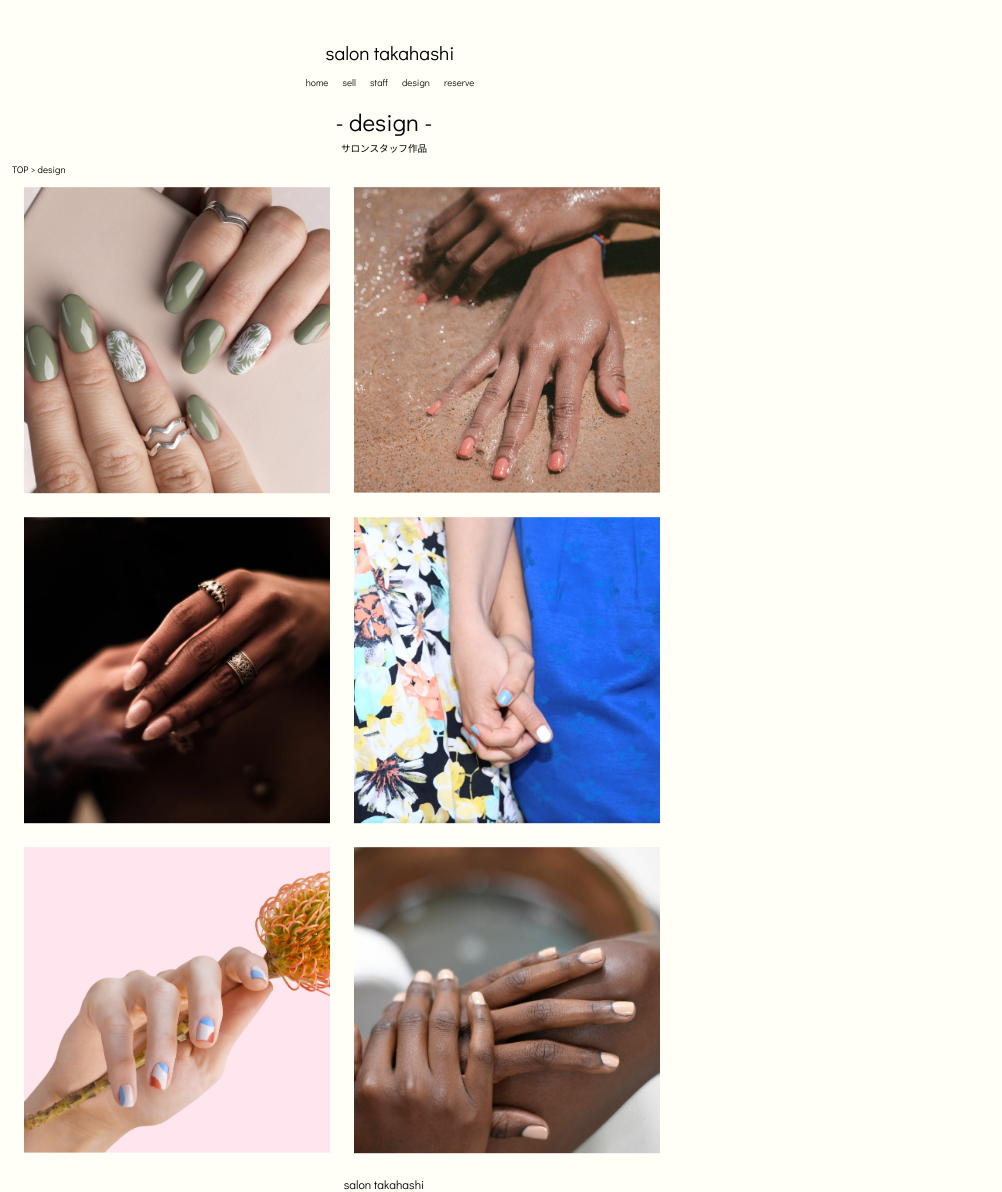
Repository: yukitakahashi1002/salontakahashi-
Page: design.html
The author's editor kept a copy of each file at every save. The page is drawn from the files as they stood at one save, then again after the next save.
The browser window is 1280 px wide. The page is 1280 px wide, then 1670 px, so the pictures cover 1670 px, including what lies to the right of the window. The pictures show the whole page, at 60% of full size.

Above is the page before, as saved 2023-08-08 01:37:50.

### design.html
<!DOCTYPE html>
<html>
<head>
    <title>Salon Takahashi - design サロンスタッフ作品 -</title>
    <meta charset="utf-8">
    <meta name="description" content="サロンタカハシのサロンスタッフ作品です">
    <meta name="viewport" content="width=device-width, initial-scale=1.0">
    <link rel="stylesheet" href='https://fonts.googleapis.com/css?family=Didact Gothic'>
    <link rel="stylesheet" href="css/normalize.css">
    <link rel="stylesheet" href="css/style.css">
</head>
<body>
    <!-- ヘッダー -->
    <header>
        <!-- サイトタイトル -->
        <h1>salon takahashi</h1>

        <!-- PC用ナビゲーション -->
        <nav id="nav-pc">
            <a href="/">home</a>
            <a href="sell.html">sell</a>
            <a href="staff.html">staff</a>
            <a href="design.html">design</a>
            <a href="reserve.html">reserve</a>
        </nav>
    </header>
    <main>
        <article>
            <!-- design -->
            <section id="design">
                <div class="section-title">
                    <h2 class="index-h2">- design -</h2>
                    <p>サロンスタッフ作品</p>
                </div>
                <div>TOP > design</div>
                <div id="design-flex">
                    <div class="cover-box">
                        <div class="image-box">
                            <img src="images/11062b_9df65b2e64bf4c59a4779a8c5343cb09~mv2.jpeg" alt="ナチュラルデザイン">
                        </div>
                        <div class="dark-cover">
                            <h3>ナチュラル</h3>
                        </div>
                    </div>
                    <div class="cover-box">
                        <div class="image-box">
                            <img src="images/11062b_0dade67ad0db4ad1a2b6c583999e92bd~mv2.jpg" alt="サマーネイルデザイン">
                        </div>
                        <div class="dark-cover">
                            <h3>サマーネイル</h3>
                        </div>
                    </div>
                    <div class="cover-box">
                        <div class="image-box">
                            <img src="images/11062b_5383a004ba374841aa02b84e27fb6b95~mv2.webp" alt="クラシックデザイン">
                        </div>
                        <div class="dark-cover">
                            <h3>クラシック</h3>
                        </div>
                    </div>
                    <div class="cover-box">
                        <div class="image-box">
                            <img src="images/2def25202e084cf0a39aa2a530291a8a.webp" alt="ポップデザイン">
                        </div>
                        <div class="dark-cover">
                            <h3>ポップ</h3>
                        </div>
                    </div>
                    <div class="cover-box">
                        <div class="image-box">
                            <img src="images/1a7f9b8037f3460ab6f1dd794ecc264a.jpg" alt="カラフルデザイン">
                        </div>
                        <div class="dark-cover">
                            <h3>カラフル</h3>
                        </div>
                    </div>
                    <div class="cover-box">
                        <div class="image-box">
                            <img src="images/11062b_bb28f763d86a4318a737d28d7846d319~mv2.jpg" alt="シンプルデザイン">
                        </div>
                        <div class="dark-cover">
                            <h3>シンプル</h3>
                        </div>
                    </div>
                </div>
            </section>
        </article>
        <footer>
            <p>salon takahashi</p>
        </footer>
    </main>
</body>
</html>

### css/style.css
@charset "utf-8";

/*
* *********************************
*　ページ全体に関わるのCSS設定
* *********************************
*/
html *,
::before,
::after {
    box-sizing: border-box;
}

html {
    font-size: 14px;
}
@media (min-width: 768px)  {
    html {
        font-size: 16px;
    }
}

body {
    font-family: 'Didact Gothic', sans-serif;
    background-color: #FFFFF8;
    height: 100vh;
    box-sizing: border-box;
    padding: 20px;
}

/* 標準的なリンクのテキストの色 */
a {
    color: #f30;
}



/*=============
PC用のスタイル
==============*/
/* 横幅設定 */
body {
    max-width: 1800px;
    min-width: 960px;
    margin: 0 auto 0 auto;
}

/* ヘッダー */
header {
    text-align: center;
    margin-top: 50px;
}
header > h1 {
    margin-left: 20px;
    font-weight: normal;
}

/* ナビゲーションのレイアウト */
#nav-pc > a:link {
    text-decoration: none;
    margin-left: 20px;
    color: #0d0d0d;
}

#nav-pc > a:visited {
    color: #0d0d0d;
}

#nav-pc > a:hover {
    color: #0d0d0d;
    text-decoration: underline;
}

#nav-pc > a:active {
    color: #0d0d0d;
}

/* メインビジュアル */
#main-visual {
    text-align: center;
}

#main-message > h1 {
    font-size: 60px;
    margin: 100px auto 0 auto;
    font-weight: normal;
}
#main-message > p {
    font-size: 20px;
}

#main-visual > img {
    margin: 80px auto 0 auto;
}

/* 見出し */
.section-title {
    text-align: center;
}
.section-title > P {
    margin-top: -20px;
}


h2 {
    font-weight: normal;
    font-size: 40px;
}

h3 {
    font-size: 20px;
    line-height: 40px;
}

/* メニュー */
#menu {
    margin: 100px auto 80px auto;
    width: 100%;
}

/* メニューセクションのフレックス部分 */
#menu-flex {
    width: 100%;
    display: flex;
    justify-content: space-between;
}

#menu-flex > div {
    width: 50%;
    height: 600px;
    margin-top: 50px;
}

.menu-flex-left {
    display: flex;
    align-items: flex-start;
    position: relative;
    margin-right: 20px;
    margin-left: 20px;
}

.menu-flex-left > img {
    width: 100%;
}

.placebox-left {
    width: 30%;
    position: absolute;
    top: 25%;
    left: 50%;
    -ms-transform: translate(-50%, -50%);
    -webkit-transform: translate(-50%, -50%);
    transform: translate(-50%, -50%);
    margin: 0;
    padding: 0;
    background-color: #666666;
    opacity: 0.5;
    color: #FFFFFF;
    text-align: center;
    font-weight: bold;
}

/* 商品ページの商品コメント */
.sell-description-left {
    width: 80%;
    position: absolute;
    bottom: 0;
    left: 55%;
    -ms-transform: translate(-50%, -50%);
    -webkit-transform: translate(-50%, -50%);
    transform: translate(-50%, -50%);
    margin: 0;
    padding: 0;
    text-align: left;
}

/* スタッフセクションのフレックス部分 */
.staff-flex {
    text-align: center;
    margin: 3rem 0 0 0;
}

.menu-flex-right {
    display: flex;
    align-items: flex-end;
    position: relative;
    margin-right: 20px;
    margin-left: 20px;
}


.menu-flex-right > img {
    width: 100%;
}

.placebox-right {
    width: 30%;
    position: absolute;
    bottom: 10%;
    right: 20%;
    -ms-transform: translate(-50%, -50%);
    -webkit-transform: translate(-50%, -50%);
    transform: translate(-50%, -50%);
    margin: 0;
    padding: 0;
    background-color: #666666;
    opacity: 0.5;
    color: #FFFFFF;
    text-align: center;
    font-weight: bold;
}

/* 商品ページの商品コメント */
.sell-description-right {
    width: 80%;
    position: absolute;
    top: 5%;
    right: 23%;
    -ms-transform: translate(0, -50%);
    -webkit-transform: translate(0, -50%);
    transform: translate(0, -50%);
    margin: 0;
    padding: 0;
    text-align: left;
}

/* デザインセクションのフレックス部分 */
#design-flex {
    display: flex;
    flex-wrap: wrap;
    text-align: center;
}

/* デザイン画像 */
.cover-box {
    position: relative;
    transition: transform 0.3s ease;
}

.image-box > img {
    width: 550px;
    height: auto;
    padding: 20px;
    vertical-align: bottom;
}

.dark-cover > h3 {
    opacity: 0;
    position: absolute;
    top: 10px;
    left: 30px;
}

.dark-cover:hover > h3 {
    color: #FFFFFF;
    opacity: 1;
}

/* デザイン画像のホバー時 */
.dark-cover {
    position: absolute;
    top: 0;
    left: 0;
    right: 0;
    bottom: 0;
    z-index: 1;
    opacity: .3;
    transition:  background-color 0.3s ease;
    margin: 20px;
}
.dark-cover:hover {
    background-color: black;
}

.menu-foot {
    text-align: left;
    width: 60%;
    margin: 0 0 0 30%;
}

.menu-foot p {
    margin: 5px 0 5px 0;
    font-size: 16px;
}

/* reserveセクションのフレックス部分 */
#reserve-flex {
    display: flex;
    justify-content: center;
    padding: 10px;
    margin: 0 0 100px 0;
}

#reserve-flex > div > img {
    width: 100%;
}

.reserve-item {
    margin: 0 0 0 20px;
}

.reserve-item > p {
    line-height: 30px;
    margin: 30px 0 30px 0;
}

#reserve-flex > div {
    border: 1px solid #E9E9E0;
    margin: 15px;
    padding: 0 0 15px 0;
}

hr {
    border-top: 1px solid #E9E9E0;
    width: 90%;
    margin: 0 0 -15px 0;
}

button {
    background: #816E7C;
    border-radius: 0;
    border: none;
    padding: 10px 20px;
    text-align: center;
    color: #FFF;
}
button:hover {
    background: #A799A0;
}

/* インフォメーション */
#information {
    margin: 100px auto 80px auto;
    width: 100%;
}

/* 表部分 */
/* height: 330px;効かない */
table {
    border-collapse:collapse;
    border-spacing: 0;
    height: 330px;
}

/* .information-table > td だと効かない */
.infomertion-left {
    width: 50%;
    height: 200px;
    background-color: #F2F2F2;
    text-align: center;
    vertical-align: center;
    line-height: 40px;
}

.infomertion-right {
    width: 50%;
    /* height: 200px; */
}

strong {
    font-size: 30px;
}

footer {
    width: 100%;
    margin: 0 auto;
    text-align: center;
}

footer p {
    font-size: 20px;
}

Loaded but not shown: css/normalize.css (library)

After the next save:
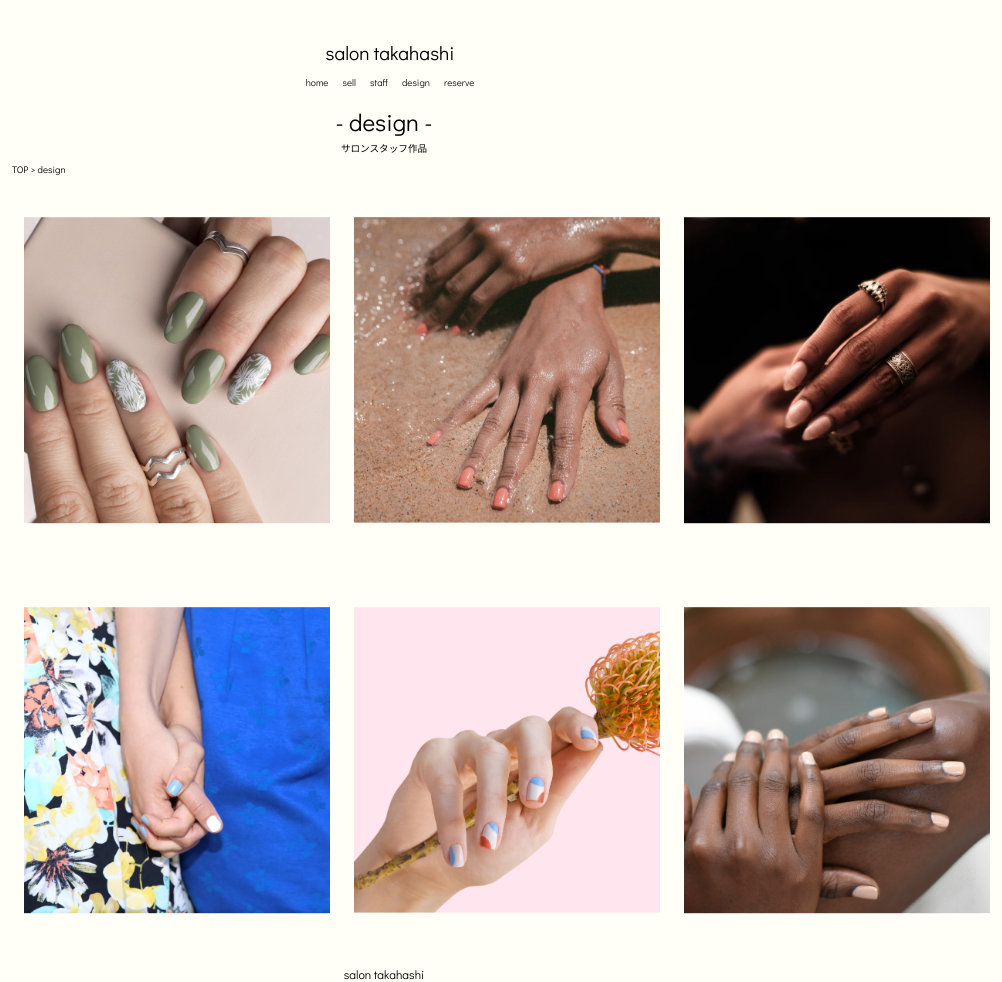
Saved 2 min 22 s later.
--- a/design.html
+++ b/design.html
@@ -33,7 +33,7 @@
                     <p>サロンスタッフ作品</p>
                 </div>
                 <div>TOP > design</div>
-                <div id="design-flex">
+                <div id="menu-flex">
                     <div class="cover-box">
                         <div class="image-box">
                             <img src="images/11062b_9df65b2e64bf4c59a4779a8c5343cb09~mv2.jpeg" alt="ナチュラルデザイン">
@@ -58,6 +58,8 @@
                             <h3>クラシック</h3>
                         </div>
                     </div>
+                </div>
+                <div id="menu-flex">
                     <div class="cover-box">
                         <div class="image-box">
                             <img src="images/2def25202e084cf0a39aa2a530291a8a.webp" alt="ポップデザイン">
